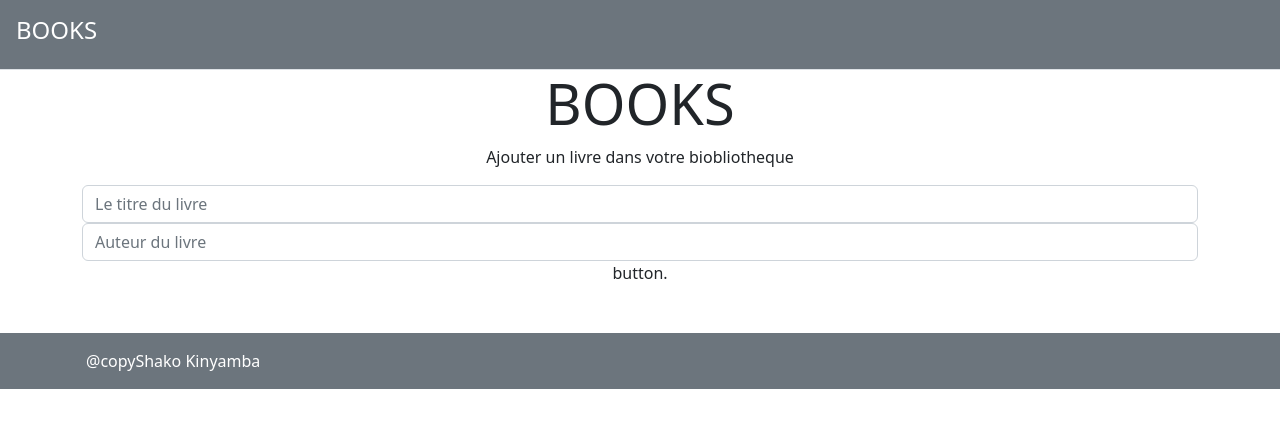
Repository: SKB-TECH/Books
Page: /
These files come from the project's save history. The page is drawn as it stood at one moment and after a run of saves; the edit follows.
The browser window is 1280 px wide. The pictures show the whole page.
The project was rebuilt for these pictures with package versions that can differ from the ones it lists, and the page was loaded fresh each time. Also part of the build but not shown: vite.config.js.

Above is the page before, as saved 2022-11-09 15:47:24.

After the next 2 saves:
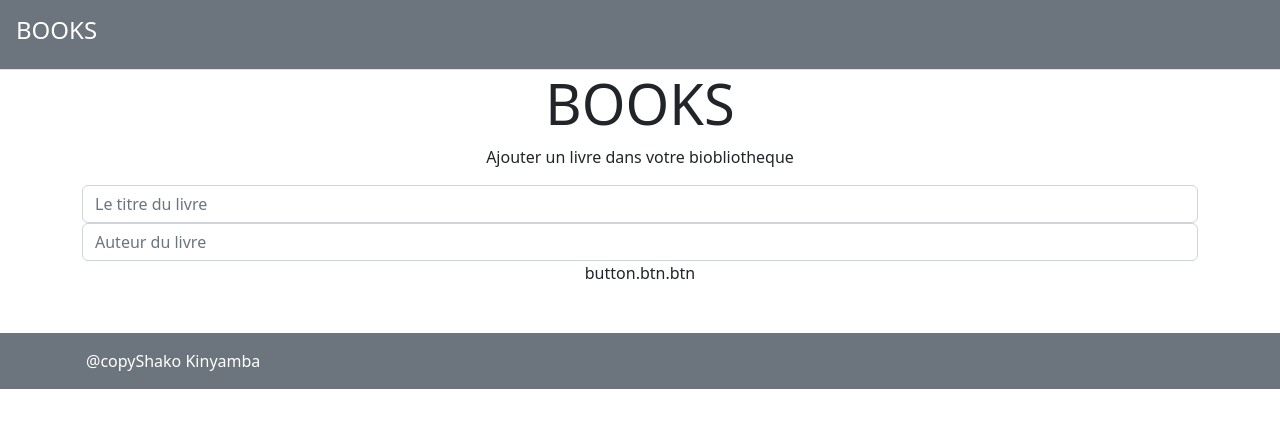
The 2 saves are shown as one change because they came seconds apart.
The last was saved 6 s later.
--- a/src/Containers/AddBooks.jsx
+++ b/src/Containers/AddBooks.jsx
@@ -28,7 +28,7 @@ const AddBooks = () => {
                             />
                         </div>
                         <div className="form-group">
-                            button.
+                            button.btn.btn
                         </div>
                     </form>
                 </div>
